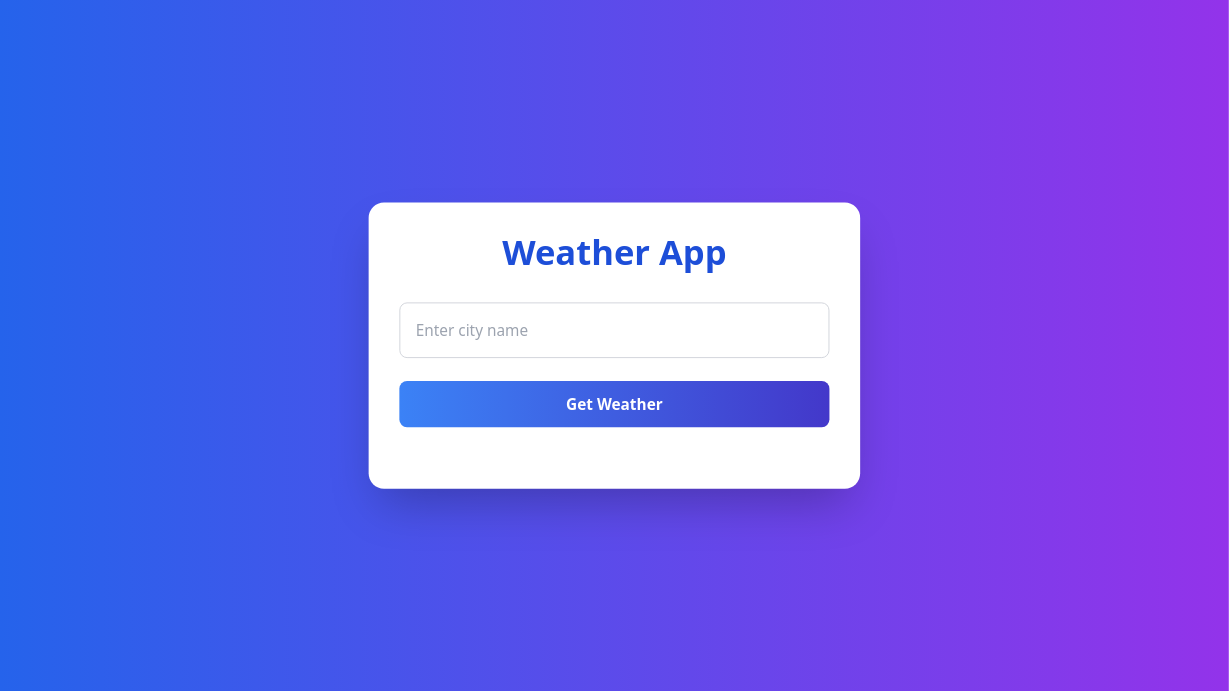
Repository: MKosainHaider/weather-app
Page: index.html
These files come from the project's save history. The page is drawn as it stood at one moment and after a run of saves; the edit follows.
The browser window is 1280 px wide. The pictures show the whole page, at 96% of full size.
Some web libraries are served in a nearby version.

Above is the page before, as saved 2024-08-16 00:51:27.

After the next 7 saves:
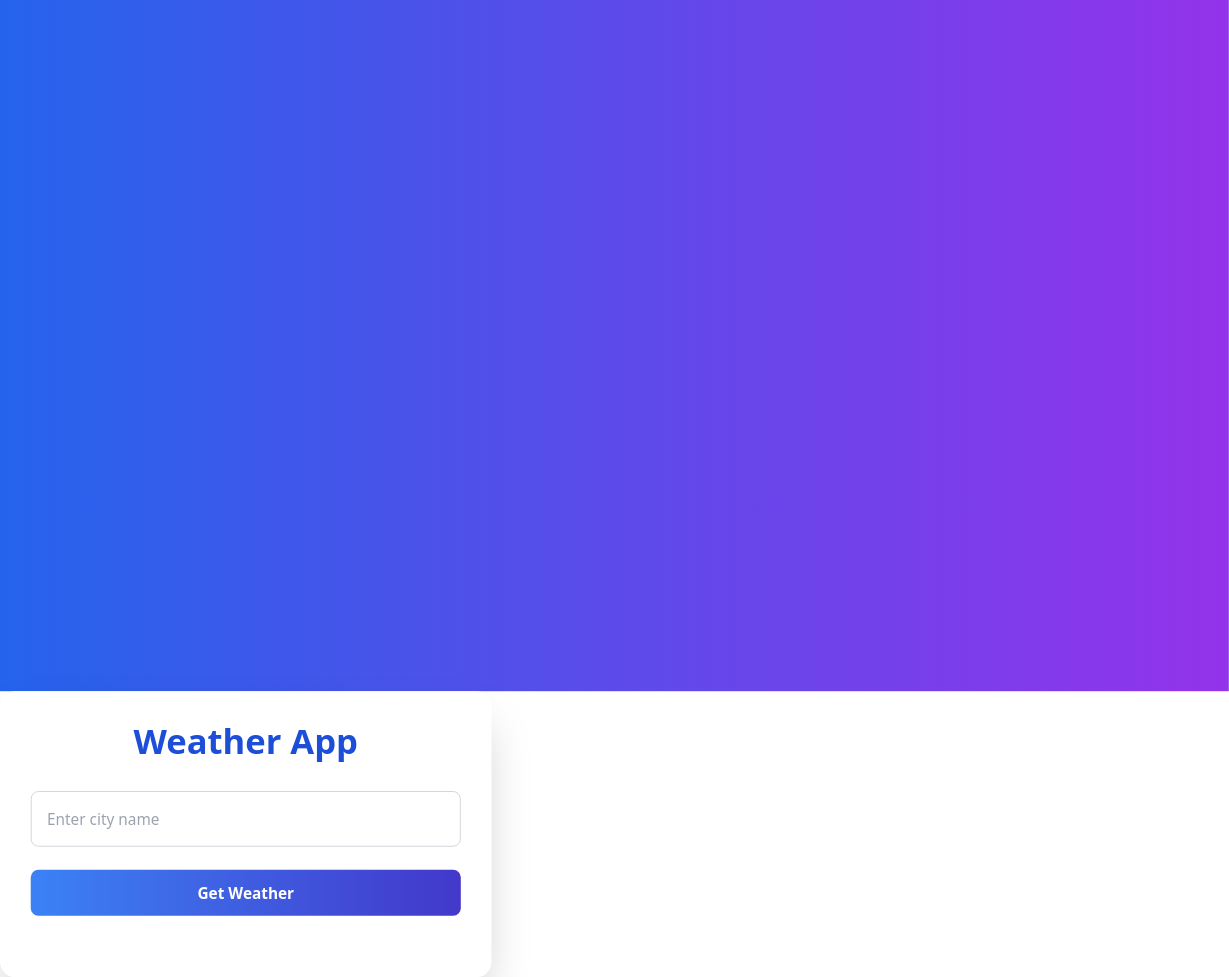
The 7 saves are shown as one change because they came seconds apart.
The last was saved 28 s later.
--- a/index.html
+++ b/index.html
@@ -9,7 +9,8 @@
     <title>Weather App</title>
 </head>
 
-<body class="bg-gradient-to-r from-blue-600 to-purple-600 flex items-center justify-center min-h-screen">
+<body >
+    <div class="bg-gradient-to-r from-blue-600 to-purple-600 flex items-center justify-center min-h-screen"></div>
     <div id="app"
         class="p-8 bg-white rounded-2xl shadow-2xl max-w-lg w-full transform hover:scale-105 transition-transform duration-300">
         <h1 class="text-4xl font-extrabold text-center text-blue-700 mb-8">Weather App</h1>

After the 2 saves that followed:
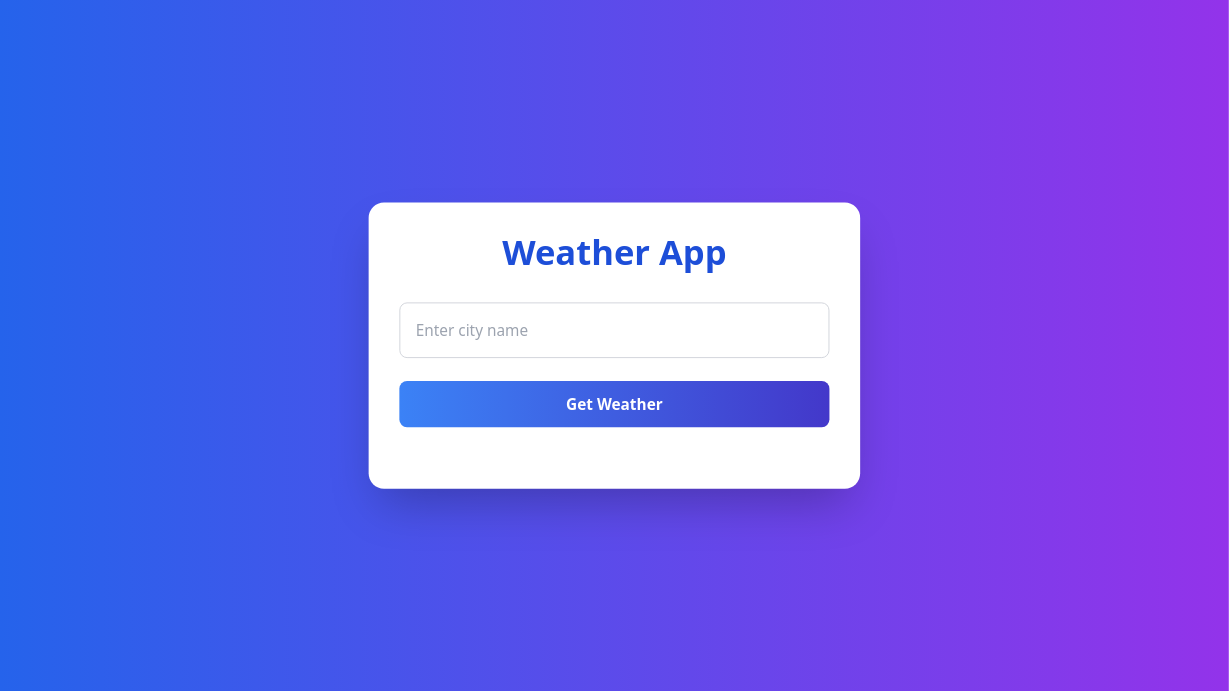
The 2 saves are shown as one change because 1 left the picture as it was.
The last was saved 9 s later.
--- a/index.html
+++ b/index.html
@@ -9,20 +9,22 @@
     <title>Weather App</title>
 </head>
 
-<body >
-    <div class="bg-gradient-to-r from-blue-600 to-purple-600 flex items-center justify-center min-h-screen"></div>
-    <div id="app"
-        class="p-8 bg-white rounded-2xl shadow-2xl max-w-lg w-full transform hover:scale-105 transition-transform duration-300">
-        <h1 class="text-4xl font-extrabold text-center text-blue-700 mb-8">Weather App</h1>
-        <input type="text" id="cityInput" placeholder="Enter city name"
-            class="w-full p-4 border border-gray-300 rounded-lg mb-6 focus:outline-none focus:ring-2 focus:ring-blue-500"
-            autocomplete="off" />
-        <button id="getWeatherBtn"
-            class="w-full bg-gradient-to-r from-blue-500 to-indigo-700 text-white font-bold py-3 px-6 rounded-lg hover:from-blue-600 hover:to-indigo-800 transition-all duration-300">
-            Get Weather
-        </button>
-        <div id="weatherResult" class="mt-8 flex flex-wrap justify-center space-x-4">
-            <!-- Weather cards will be dynamically inserted here -->
+<body>
+    <div class="bg-gradient-to-r from-blue-600 to-purple-600 flex items-center justify-center min-h-screen">
+
+        <div id="app"
+            class="p-8 bg-white rounded-2xl shadow-2xl max-w-lg w-full transform hover:scale-105 transition-transform duration-300">
+            <h1 class="text-4xl font-extrabold text-center text-blue-700 mb-8">Weather App</h1>
+            <input type="text" id="cityInput" placeholder="Enter city name"
+                class="w-full p-4 border border-gray-300 rounded-lg mb-6 focus:outline-none focus:ring-2 focus:ring-blue-500"
+                autocomplete="off" />
+            <button id="getWeatherBtn"
+                class="w-full bg-gradient-to-r from-blue-500 to-indigo-700 text-white font-bold py-3 px-6 rounded-lg hover:from-blue-600 hover:to-indigo-800 transition-all duration-300">
+                Get Weather
+            </button>
+            <div id="weatherResult" class="mt-8 flex flex-wrap justify-center space-x-4">
+                <!-- Weather cards will be dynamically inserted here -->
+            </div>
         </div>
     </div>
 </body>
